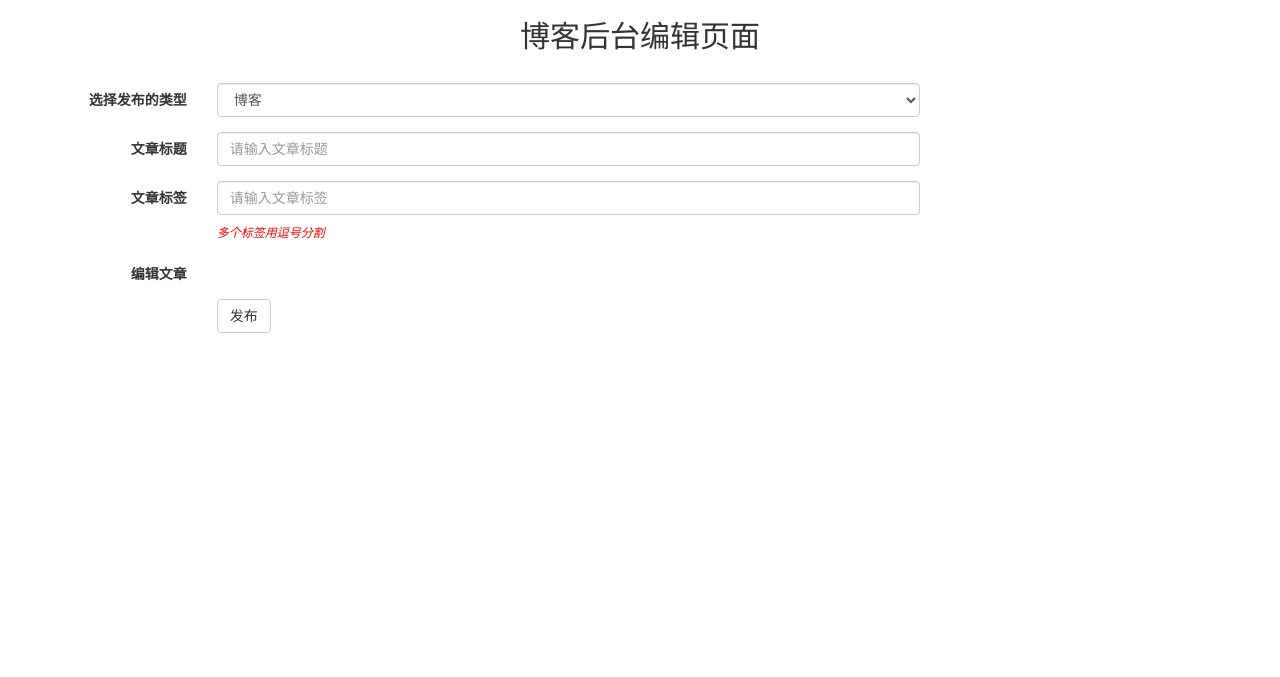
Repository: li1214/my_blog
Page: page/editor_blog_everyday.html
An editor plug-in stored every save of this project. The page is shown before and after the next save, followed by the edit.
The browser window is 1280 px wide. The pictures show the whole page.

Above is the page before, as saved 2019-01-07 10:25:54.

### page/editor_blog_everyday.html
<!DOCTYPE html>
<html lang="en">
<head>
    <meta charset="UTF-8">
    <meta name="viewport" content="width=device-width, initial-scale=1.0">
    <meta http-equiv="X-UA-Compatible" content="ie=edge">
    <title>博客编辑发布</title>
    <link rel='stylesheet'  href='./css/bootstrap-theme.min.css'>
    <script src="./js/wangEditor.min.js"></script>
    <script src='./js/vue.js'></script>
    <script src='./js/axios.min.js'></script>
</head>
<body>
    <div class='container' id='app'>
        <h2 style="text-align: center;">博客后台编辑页面</h2>
        <form class="form-horizontal" style='margin-top:30px;width: 850px;'>
            <div class="form-group">
                <label for="inputEmail3" class="col-sm-2 control-label">选择发布的类型</label>
                <div class="col-sm-10">
                    <select class="form-control" v-model='type' @change='changeType'>
                        <option value='blog'>博客</option>
                        <option value='everyday'>每日一句</option>
                    </select>
                </div>
            </div>
            <div class='editor-blog' v-if='type=="blog"'>
                <div class="form-group">
                    <label for="inputEmail3" class="col-sm-2 control-label">文章标题</label>
                    <div class="col-sm-10">
                        <input type="text" class="form-control" id="title" placeholder="请输入文章标题">
                    </div>
                </div>
                <div class="form-group">
                    <label for="inputPassword3" class="col-sm-2 control-label">文章标签</label>
                    <div class="col-sm-10">
                        <input type="text" class="form-control" id="tags" placeholder="请输入文章标签">
                        <em style="color:red;font-size:12px;margin-top:10px;display: inline-block;"> 多个标签用逗号分割</em>
                    </div>
                </div>
                <div class="form-group">
                    <label for="blog" class="col-sm-2 control-label">编辑文章</label>
                    <div class="col-sm-10">
                        <div ref="blog">

                        </div>
                    </div>
                </div>
            </div>
            <div class='editor-everyday' v-else>
                <div class="form-group">
                    <label for="blog" class="col-sm-2 control-label">编辑每日一句</label>
                    <div class="col-sm-10">
                        <div ref="everyday">

                        </div>
                    </div>
                </div>
            </div>
            <div class="form-group">
                <div class="col-sm-offset-2 col-sm-10">
                    <button  class="btn btn-default" @click.prevent='submit'>发布</button>
                </div>
            </div>
        </form>
    </div>
    <script>

    </script>
    <script src='./js/editor_blog_everyday.js'></script>
</body>
</html>

### page/js/editor_blog_everyday.js
var app = new Vue({
  el: "#app",
    data(){
       return { type: "blog", blogContent: "", title: "", tags: "", everydayContent: "" };
    },
    created() {
        this.type ='blog'
        this.createEditor();
    },
    mounted() {
        //创建博客内容富文本
        var blog = new E(this.$refs.blog);
        blog.customConfig.uploadImgServer = "/upload";
        blog.customConfig.onchange = html => {
          this.blogContent = html;
        };
        blog.create();
        //创建每日一句富文本
        var every = new E(this.$refs.everyday);
        every.customConfig.onchange = html => {
            this.everydayContent = html;
        };
        every.create();
    },
    methods:{
        changeType(){
            console.log(this.type)
            this.createEditor();
        },
        createEditor () {
            var E = window.wangEditor;
            var blog = new E("#blog");
            blog.customConfig.uploadImgServer = "/upload";
            blog.create();
            this.blog = blog
            var every = new E('#everyday');
            every.create();
            this.everyday = every;
        },
        submitBlog () {
            if(this.title == ''){
                alert('请输入文章标题')
                return
            }else if(this.tags == ''){
                alert('请输入文章标签')
                return
            }
            var blogHtml = this.blogContent.trim();
           if(blogHtml =='<p><br></p>'){
               alert("请输入文章内容")
               return
           }
            axios.post('/editorBlog?title=' + this.title + '&tags=' + this.tags, { blog: blogHtml}).then(res => {
                console.log(res)
            })
        },
        submitEveryday () {
            var everydayHtml = this.everydayContent.trim();
            console.log(everydayHtml);
            if (everydayHtml == '<p><br></p>') {
                alert("请输入每日一句内容")
                return
            }
            axios.get('/editorEveryday?text=' + everydayHtml).then(res => {
                console.log(res)
            })
        },
        submit () {
            var submit = this.type == 'blog' ? this.submitBlog : this.submitEveryday
            submit();
        }
    }

});

Loaded but not shown: page/css/bootstrap-theme.min.css (library); page/js/wangEditor.min.js (library); page/js/vue.js (library); page/js/axios.min.js (library)

After the next save:
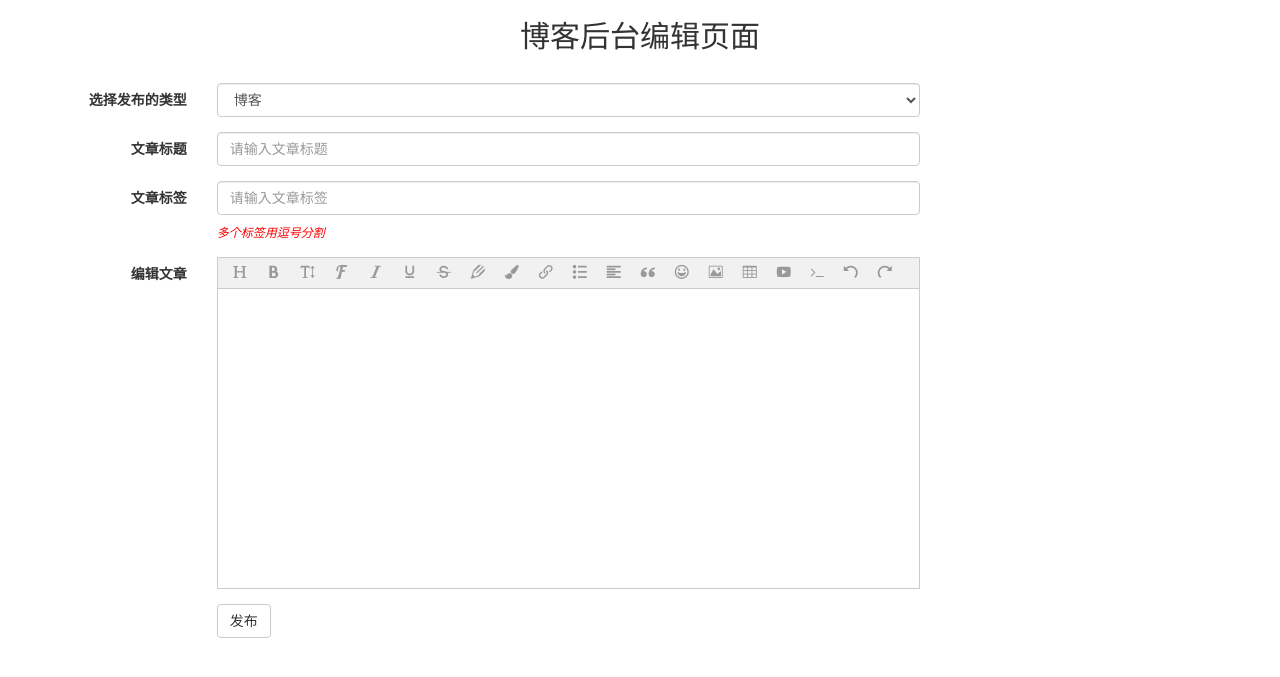
Saved 36 s later.
--- a/page/js/editor_blog_everyday.js
+++ b/page/js/editor_blog_everyday.js
@@ -8,6 +8,7 @@ var app = new Vue({
         this.createEditor();
     },
     mounted() {
+        var E = window.wangEditor;
         //创建博客内容富文本
         var blog = new E(this.$refs.blog);
         blog.customConfig.uploadImgServer = "/upload";
@@ -28,7 +29,7 @@ var app = new Vue({
             this.createEditor();
         },
         createEditor () {
-            var E = window.wangEditor;
+
             var blog = new E("#blog");
             blog.customConfig.uploadImgServer = "/upload";
             blog.create();
